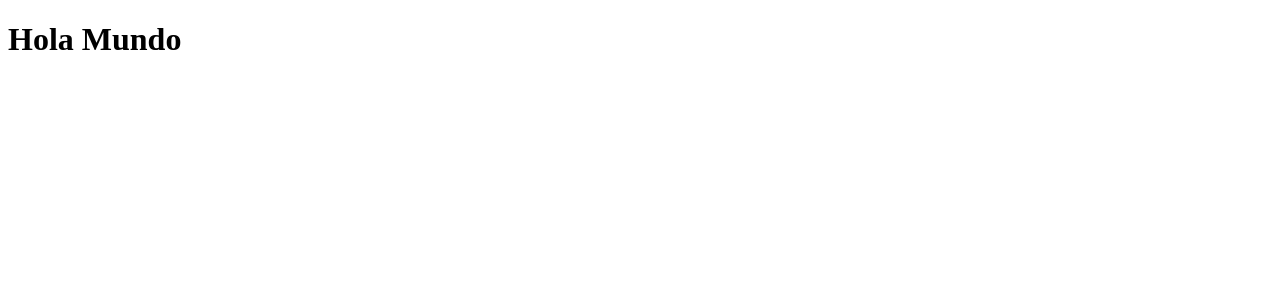
Repository: Support-Soft-Solutions/Proyecto-Final-Continuidad
Page: test.html
The author's editor kept a record of every edit. The page is drawn from the files as they stood at one moment, then again after the next edit.
The browser window is 1280 px wide. The pictures show the whole page.

Above is the page before.

### test.html
<!DOCTYPE html>
<html>
<head>

</head>
<body>
<h1>Hola Mundo</h1>
</body>
</html>

After the next edit:
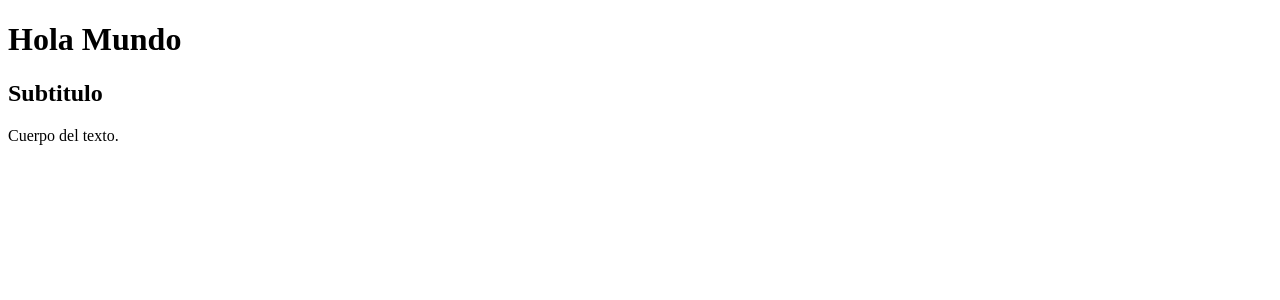
The edit:
--- a/test.html
+++ b/test.html
@@ -5,5 +5,7 @@
 </head>
 <body>
 <h1>Hola Mundo</h1>
+<h2>Subtitulo</h2>
+<p>Cuerpo del texto.</p>
 </body>
 </html>
